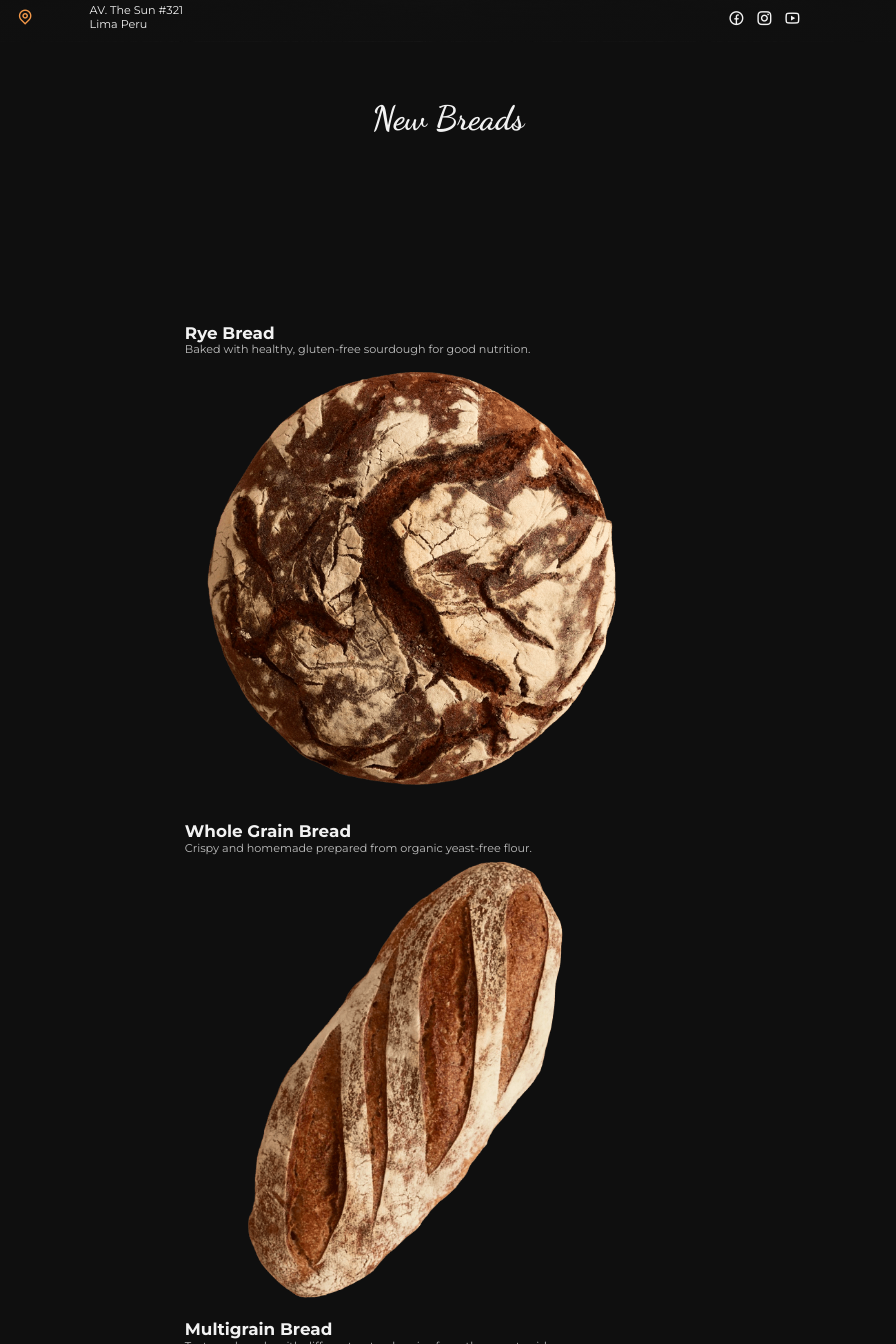
Repository: KinD2704/Web-University
Page: Buổi 8/B8/index.html
The author's editor kept a copy of each file at every save. The page is drawn from the files as they stood at one save, then again after the next save.
The browser window is 1280 px wide. The pictures show the part of the page from y = 941 to 2861 px (the page is 4137 px tall before and 3743 px after), at 70% of full size.
Some web libraries are served in a nearby version.

Above is the page before, as saved 2024-01-30 10:15:58.

After the next save:
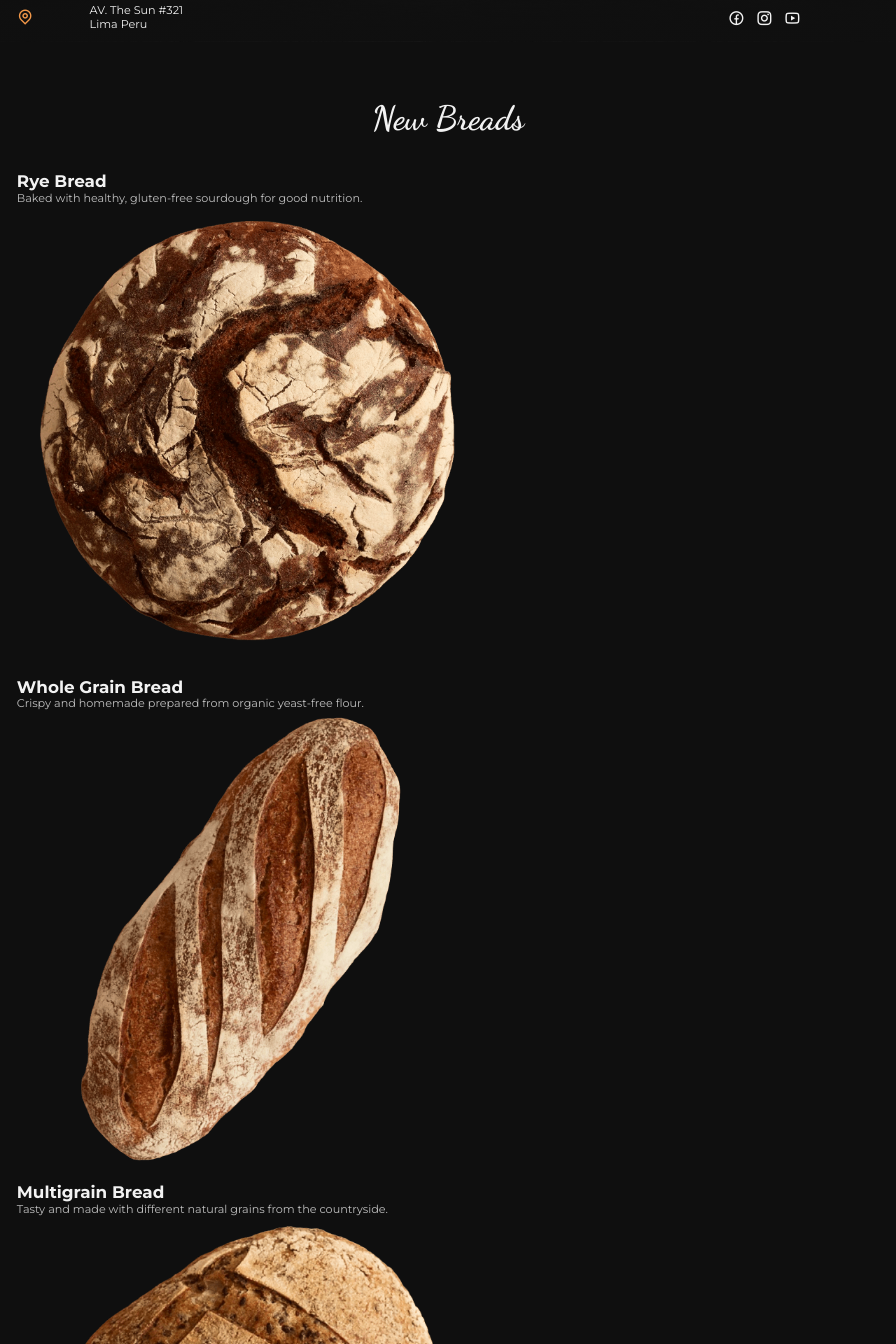
Saved 16 s later.
--- a/Buổi 8/B8/assets/css/styles.css
+++ b/Buổi 8/B8/assets/css/styles.css
@@ -323,7 +323,8 @@
 }
 /*=============== NEW ===============*/
 .new__container {
-    padding: 15rem;
+    padding-top: 1.5rem;
+    row-gap: 3.5rem;
 }
 /*=============== ABOUT ===============*/
 
